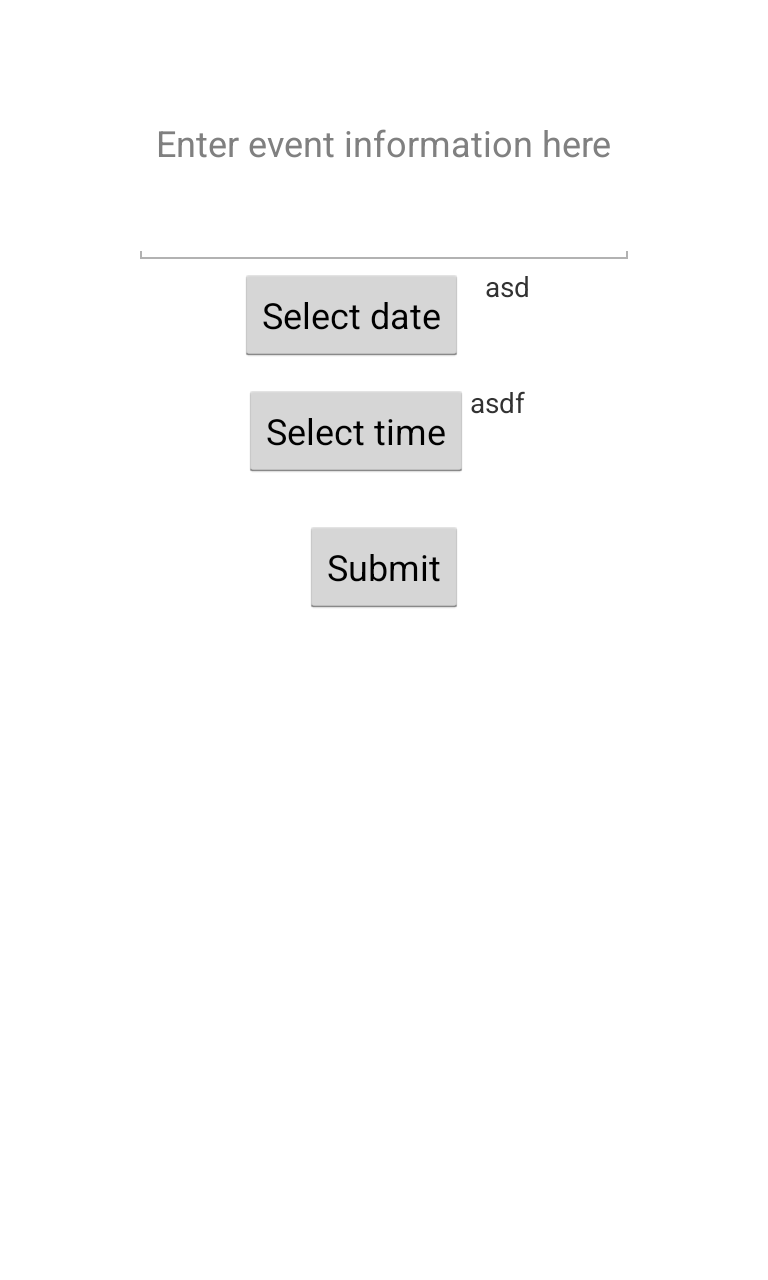
Repository: valleskeyp/Hive6Sample
Layout: NotificationSample/res/layout/activity_main.xml
An editor plug-in stored every save of this project. The layout is shown before and after the next save, followed by the edit.
It is drawn on a 768 x 1280 px phone screen (xhdpi) without system bars, with theme AppTheme; the app's code is not run.

Above is the layout before, as saved 2014-01-14 22:27:35.

### NotificationSample/res/layout/activity_main.xml
<LinearLayout xmlns:android="http://schemas.android.com/apk/res/android"
    xmlns:tools="http://schemas.android.com/tools"
    android:layout_width="fill_parent"
    android:layout_height="fill_parent"
    android:orientation="vertical"
    tools:ignore="HardcodedText" >

    <EditText
        android:layout_marginTop="10dp"
        android:lines="5"
        android:layout_width="wrap_content"
        android:layout_height="wrap_content"
        android:layout_gravity="center_horizontal"
        android:id="@+id/eventInfo"
        android:hint="Enter event information here" />

    <LinearLayout
        android:layout_width="wrap_content"
        android:layout_height="wrap_content"
        android:orientation="horizontal"
        android:layout_gravity="center_horizontal">

        <Button
            android:id="@+id/submit"
            android:layout_width="wrap_content"
            android:layout_height="wrap_content"
            android:layout_gravity="center_horizontal"
            android:layout_marginTop="10dp"
            android:layout_marginRight="10dp"
            android:text="Select date" />

        <TextView
            android:layout_width="wrap_content"
            android:layout_height="wrap_content"
            android:text="asd" />

    </LinearLayout>
<LinearLayout
    android:layout_width="wrap_content"
        android:layout_height="wrap_content"
        android:orientation="horizontal"
        android:layout_gravity="center_horizontal">

        <Button
            android:id="@+id/submit"
            android:layout_width="wrap_content"
            android:layout_height="wrap_content"
            android:layout_gravity="center_horizontal"
            android:layout_marginTop="10dp"
            android:text="Select time" />

        <TextView
            android:layout_width="wrap_content"
            android:layout_height="wrap_content"
            android:text="asdf" />
    </LinearLayout>

    <Button
        android:layout_marginTop="10dp"
        android:layout_gravity="center_horizontal"
        android:id="@+id/submit"
        android:layout_width="wrap_content"
        android:layout_height="wrap_content"
        android:text="Submit" />

</LinearLayout>

Loaded but not shown: NotificationSample/res/values/styles.xml (common file); NotificationSample/res/values-v11/styles.xml (common file); NotificationSample/res/values-v14/styles.xml (common file)

After the next save:
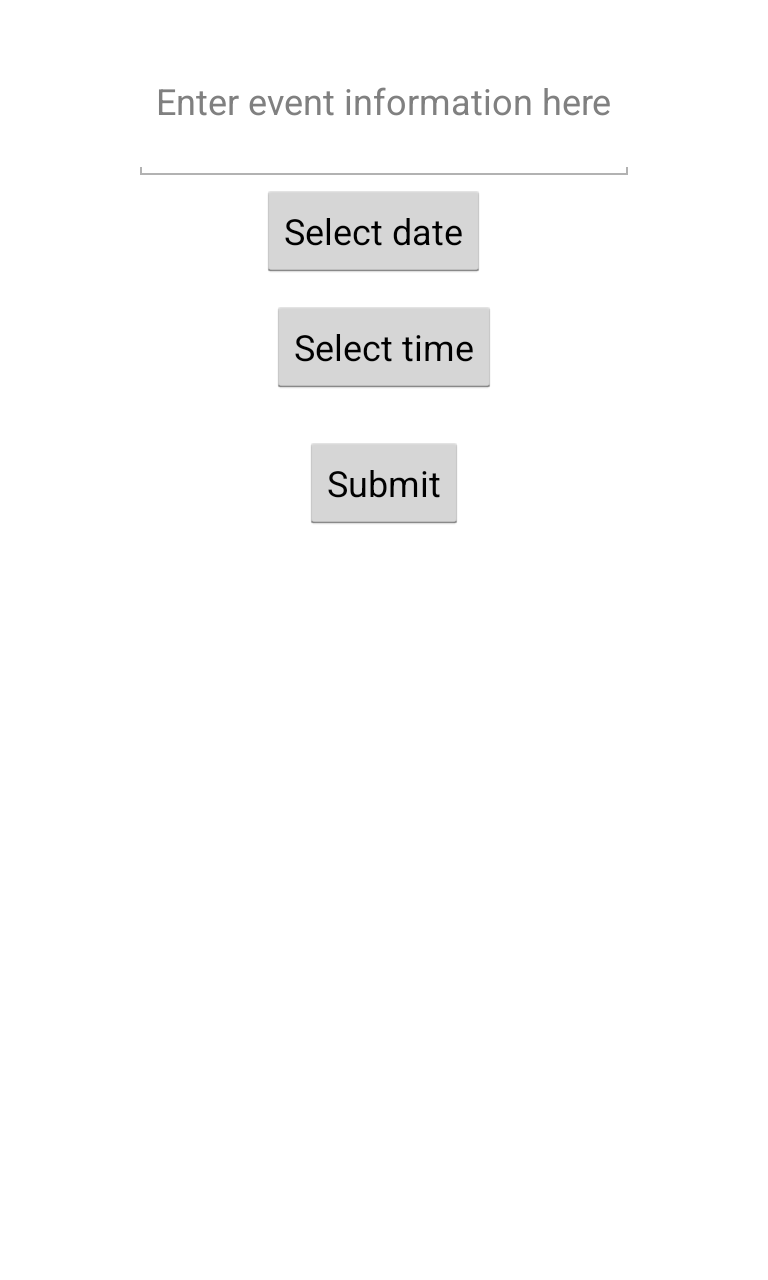
Saved 35 s later.
--- a/NotificationSample/res/layout/activity_main.xml
+++ b/NotificationSample/res/layout/activity_main.xml
@@ -7,7 +7,7 @@
 
     <EditText
         android:layout_marginTop="10dp"
-        android:lines="5"
+        android:lines="3"
         android:layout_width="wrap_content"
         android:layout_height="wrap_content"
         android:layout_gravity="center_horizontal"
@@ -32,7 +32,7 @@
         <TextView
             android:layout_width="wrap_content"
             android:layout_height="wrap_content"
-            android:text="asd" />
+            android:text="" />
 
     </LinearLayout>
 <LinearLayout
@@ -52,7 +52,7 @@
         <TextView
             android:layout_width="wrap_content"
             android:layout_height="wrap_content"
-            android:text="asdf" />
+            android:text="" />
     </LinearLayout>
 
     <Button
